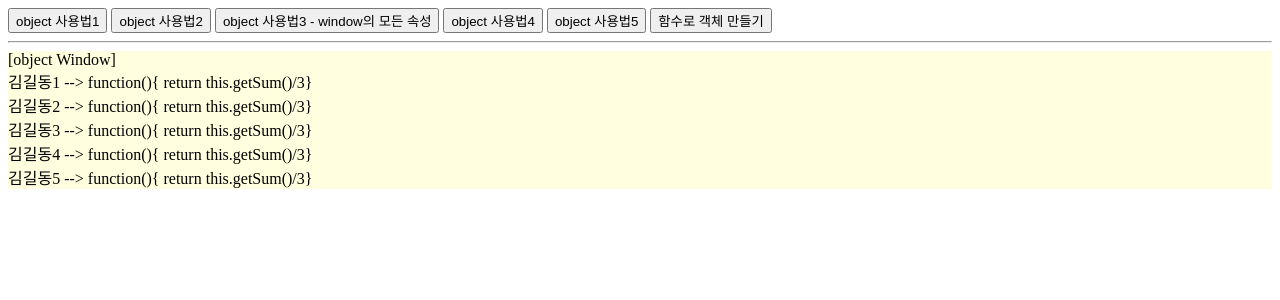
Repository: 753kg/753kg.github.io
Page: KOSTA/webProject/WebContent/day0407/objectTest.html
The author's editor kept a copy of each file at every save. The page is drawn from the files as they stood at one save, then again after the next save.
The browser window is 1280 px wide. The pictures show the whole page.
After loading, the first visible `#btn6` was clicked once.

Above is the page before, as saved 2021-04-07 05:10:28.

After the next save:
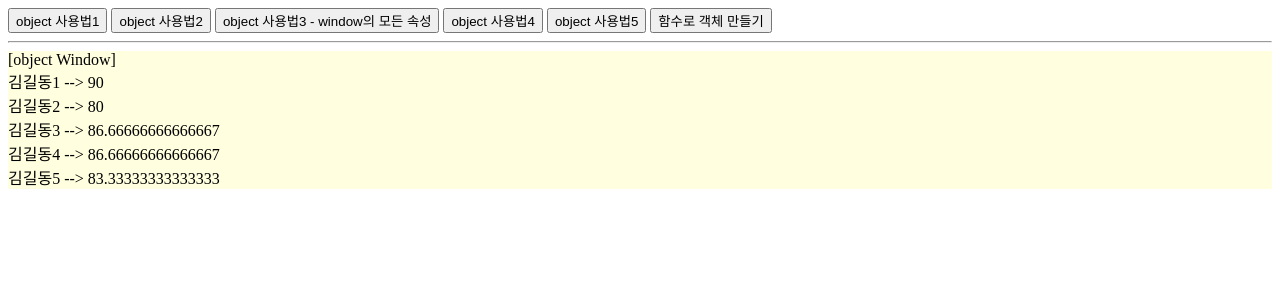
Saved 13 s later.
--- a/KOSTA/webProject/WebContent/day0407/objectTest.html
+++ b/KOSTA/webProject/WebContent/day0407/objectTest.html
@@ -105,7 +105,7 @@
 		arr.push( makePerson("김길동5", 60, 100, 90) );
 
 		for(var i in arr){
-			here.innerHTML += "<br>" + arr[i]["name"] + " --> "+ arr[i].getAvg;
+			here.innerHTML += "<br>" + arr[i]["name"] + " --> "+ arr[i].getAvg();
 		}
 	}
 
